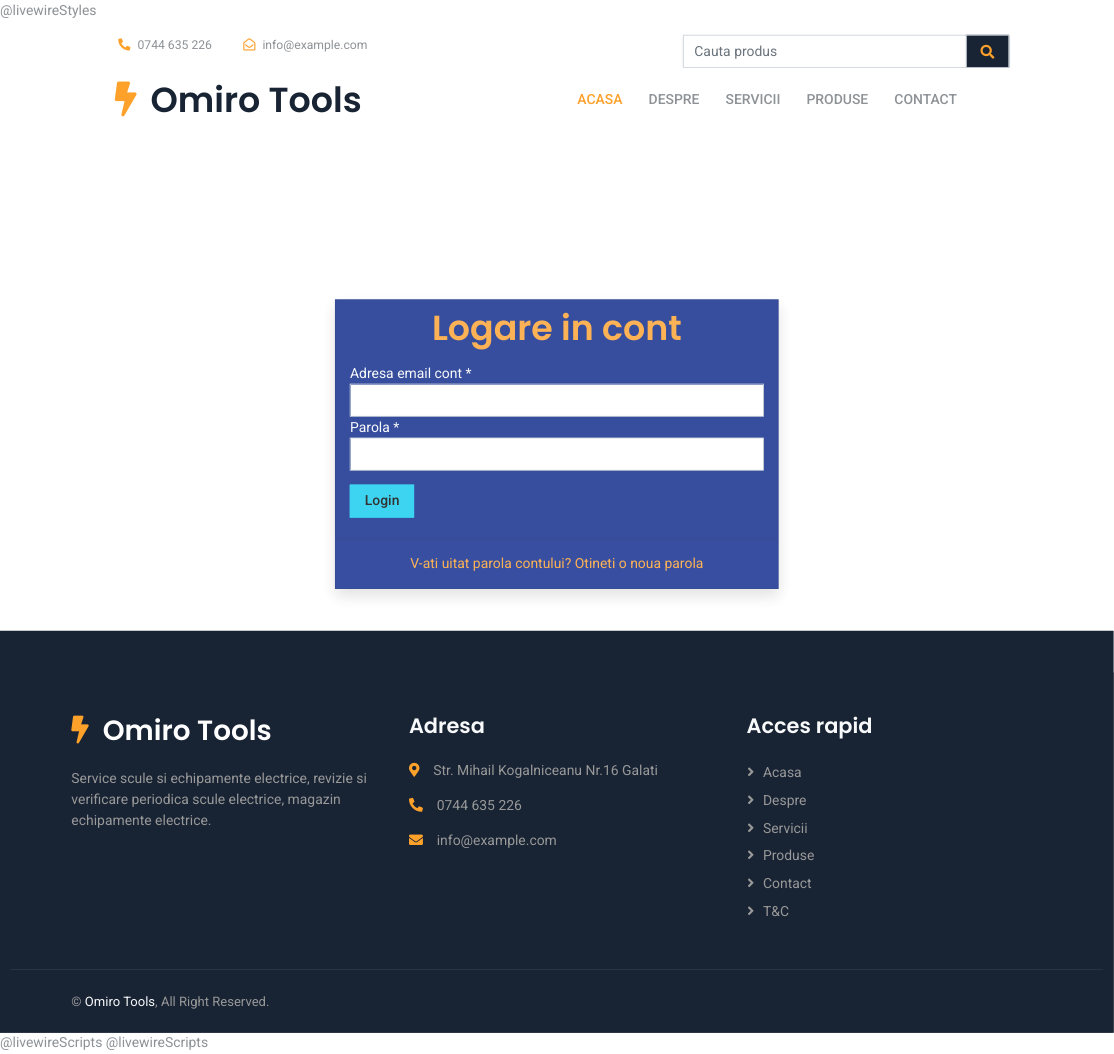
Repository: sorina0109/laravel_test
Page: http://localhost/login
An editor plug-in stored every save of this project. The page is shown before and after the next save, followed by the edit.
The browser window is 1280 px wide. The pictures show the whole page, at 87% of full size.
Some web libraries are served in a nearby version. The page is served by the project's Laravel application, run on PHP 8.4 with Laravel 10.

Above is the page before, as saved 2023-08-15 15:06:35.

After the next save:
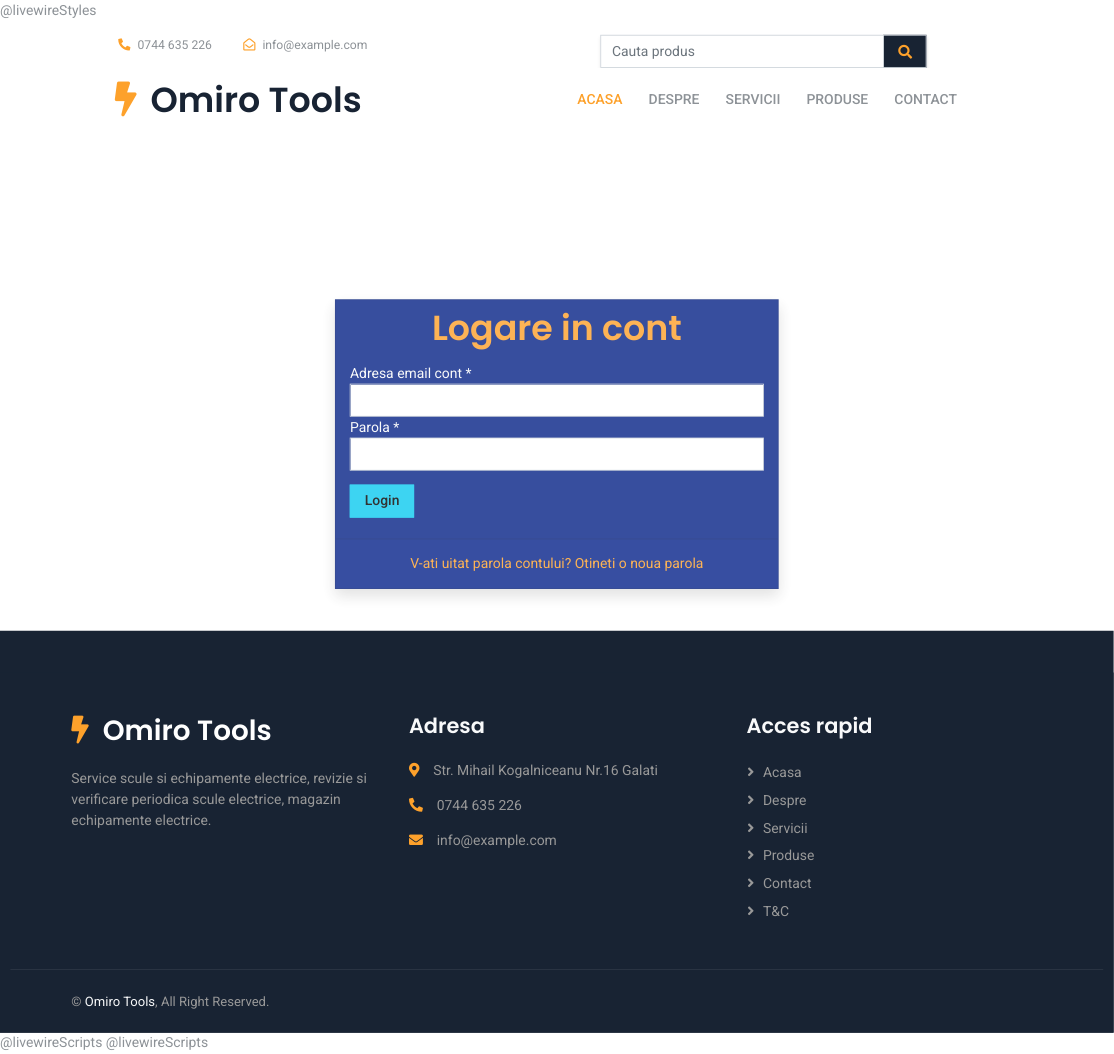
Saved 14 s later.
--- a/resources/views/front/partials/topbar.blade.php
+++ b/resources/views/front/partials/topbar.blade.php
@@ -15,7 +15,7 @@
                 <small>Luni - Vineri : 08.30 - 17.30</small>
             </div>
         </div>
-        <div class="col-lg-6 d-none d-lg-block text-end px-5 pt-3" >
+        <div class="col-lg-5 d-none d-lg-block text-end px-5 pt-3" >
             <form style="display: inline-block;" action="{{ route('search') }}" method="GET" id="search-bar">
                 <div class="input-group shadow-sm" style="width: 375px;">
                     <input name="search_product" type="text" class="form-control " placeholder="Cauta produs" >
